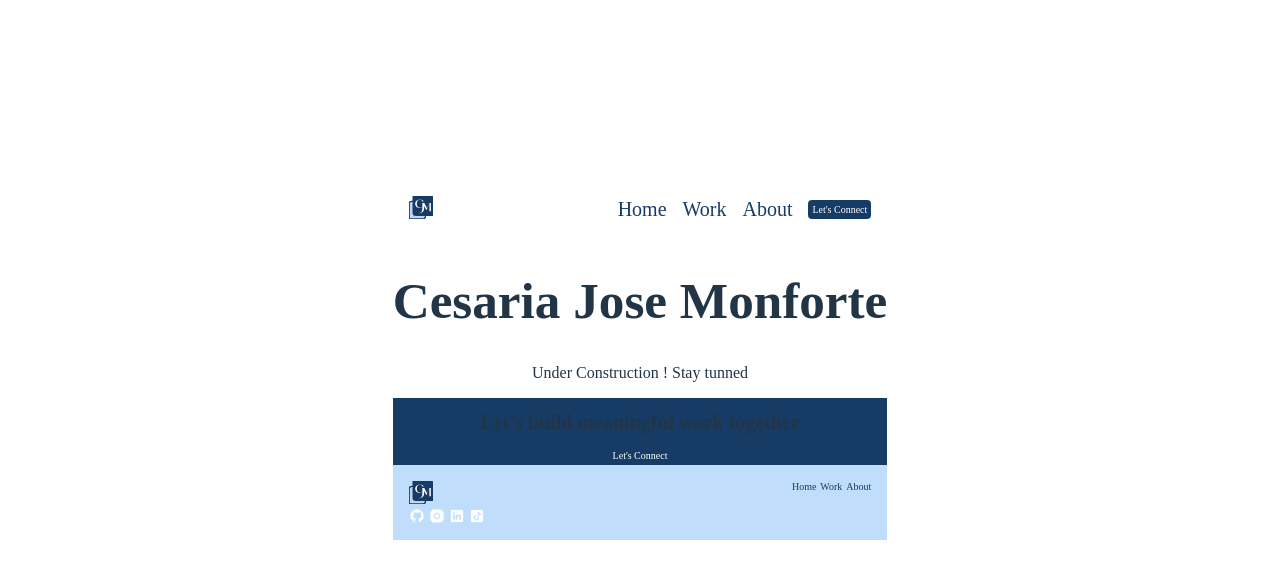
Repository: CesariaMonforte/cesariamonforte
Page: /
The author's editor kept a copy of each file at every save. The page is drawn from the files as they stood at one save, then again after the next save.
The browser window is 1280 px wide. The pictures show the whole page.
The project was rebuilt for these pictures with package versions that can differ from the ones it lists, and the page was loaded fresh each time. Also part of the build but not shown: vite.config.js.

Above is the page before, as saved 2026-01-25 14:26:03.

After the next save:
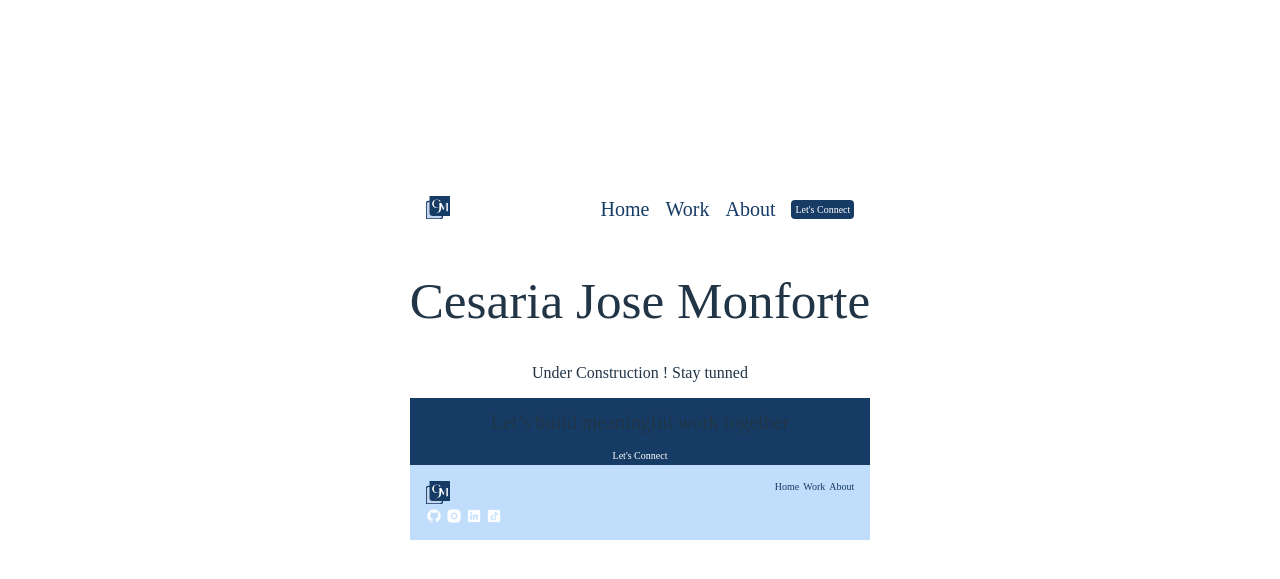
Saved 46 s later.
--- a/src/index.css
+++ b/src/index.css
@@ -1,3 +1,6 @@
+* {
+    font: var(--font-family);
+}
 a {
     font-weight: 500;
     color: #163c66;
